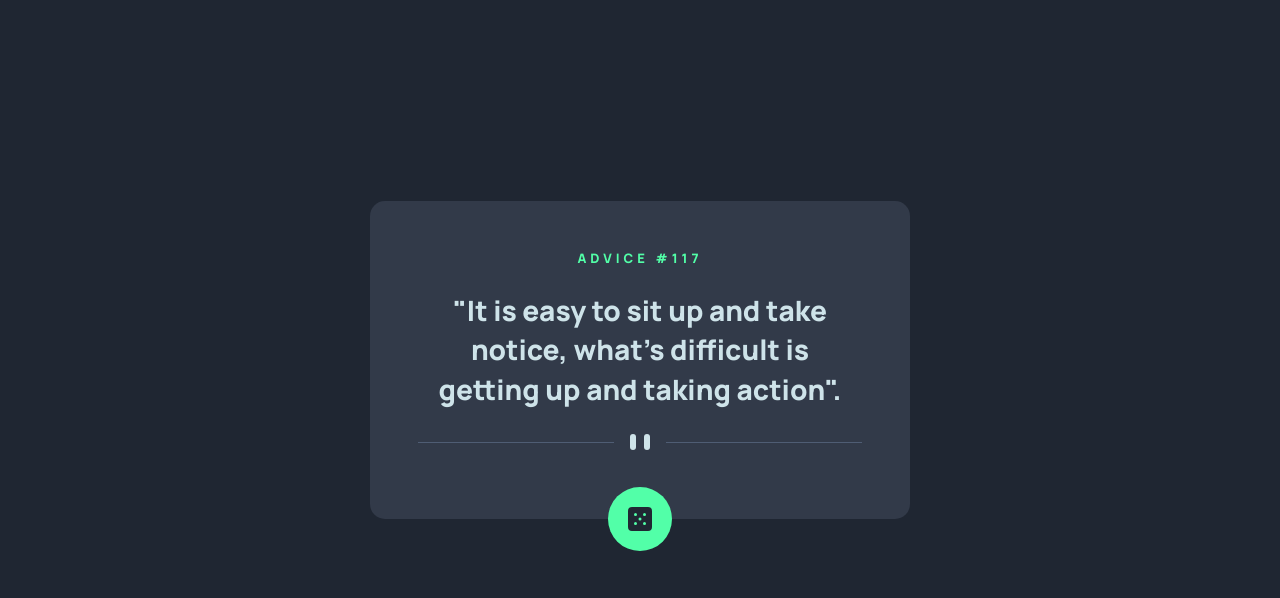
Repository: Daki-builds/advice-generator-app
Page: index.html
The author's editor kept a copy of each file at every save. The page is drawn from the files as they stood at one save, then again after the next save.
The browser window is 1280 px wide. The pictures show the whole page.

Above is the page before, as saved 2026-10-11 04:36:09.

### index.html
<!DOCTYPE html>
<html lang="en">

<head>
  <meta charset="UTF-8">
  <meta name="viewport" content="width=device-width, initial-scale=1.0">
  <link rel="icon" type="image/png" sizes="32x32" href="./images/favicon-32x32.png">
  <link rel="preconnect" href="https://fonts.googleapis.com">
  <link rel="preconnect" href="https://fonts.gstatic.com" crossorigin>
  <link href="https://fonts.googleapis.com/css2?family=Manrope:wght@800&display=swap" rel="stylesheet">
  <link rel="stylesheet" href="style.css">
  <title>Frontend Mentor | Advice generator app</title>

</head>

<body>
  <main class="container">
    <h1>Advice #<span id="advice-id">117</span></h1>
    <p id="adviceText">"It is easy to sit up and take notice, what's difficult is getting up and taking action".</p>
    <div class="img-divider">
      <img src="./images/pattern-divider-desktop.svg" alt="divider">
    </div>
    <button id="adviceBtn"><img src="./images/icon-dice.svg" alt="dice">
    </button>
  </main>
</body>

</html>

### style.css
* {
  margin: 0;
  padding: 0;
  box-sizing: border-box;
}

:root {
  --blue-200: hsl(193, 38%, 86%);
  --green-300: hsl(150, 100%, 66%);
  --blue-600: hsl(217, 19%, 38%);
  --blue-900: hsl(217, 19%, 24%);
  --blue-950: hsl(218, 23%, 16%);
  --green-300-hover: hsl(150, 100%, 80%);

  --font-family: "Manrope", sans-serif;
  --font-weight: 800;
  --font-size: 28px;
}

body {
  font-family: var(--font-family);
  font-weight: var(--font-weight);
  background-color: var(--blue-950);
  color: var(--blue-200);
  display: flex;
  justify-content: center;
  padding: 24px;
  align-items: center;
  min-height: 100vh;
}

.container {
  position: relative;
  background-color: var(--blue-900);
  display: flex;
  flex-direction: column;
  align-items: center;
  gap: 24px;
  padding: 40px 24px 56px;
  width: 100%;
  max-width: 540px;
  border-radius: 15px;
  text-align: center;
}

h1 {
  font-size: 13px;
  letter-spacing: 4px;
  text-transform: uppercase;
  color: var(--green-300);
}

p {
  font-size: var(--font-size);
  line-height: 1.4;
  width: 100%;
  color: var(--blue-200);
}

.img-divider img {
  width: 100%;
}

button {
  position: absolute;
  bottom: -32px;
  left: 50%;
  transform: translateX(-50%);
  display: flex;
  justify-content: center;
  align-items: center;
  width: 64px;
  height: 64px;
  border: none;
  border-radius: 50%;
  background-color: var(--green-300);
  cursor: pointer;
  transition: background-color 0.2s;
}

button:hover {
  background-color: var(--green-300-hover);
}

@media (min-width: 768px) {
  .container {
    padding: 48px 48px 64px;
  }
}

After the next save:
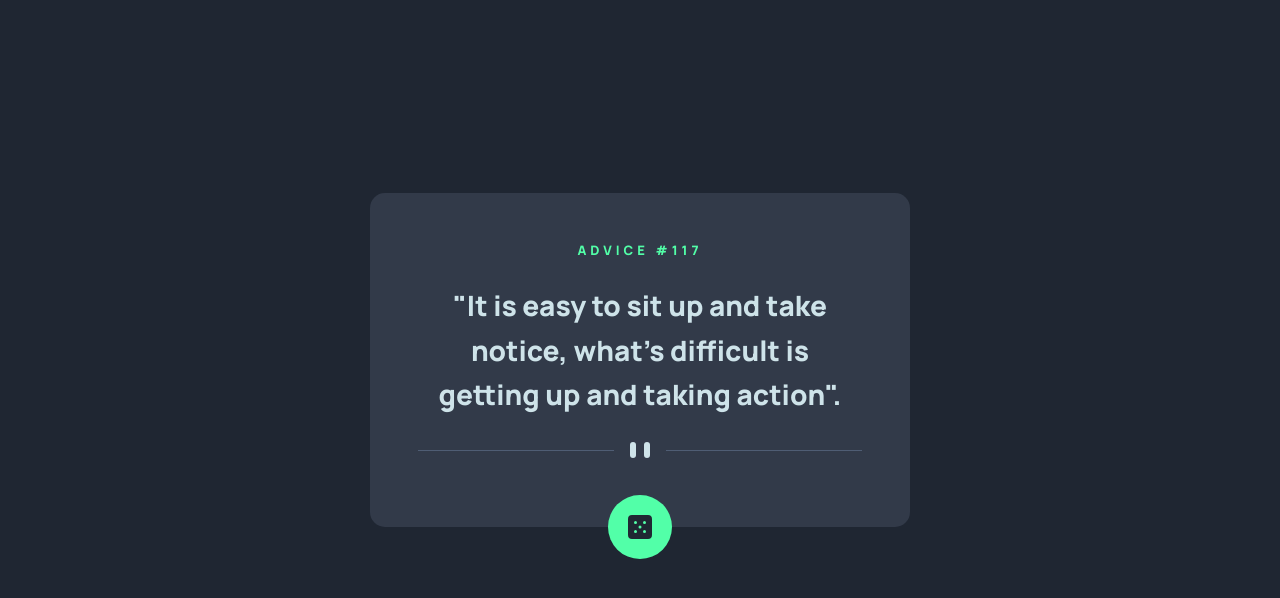
Saved 33 s later.
--- a/style.css
+++ b/style.css
@@ -52,7 +52,7 @@
 
 p {
   font-size: var(--font-size);
-  line-height: 1.4;
+  line-height: 1.6;
   width: 100%;
   color: var(--blue-200);
 }

After the save that followed:
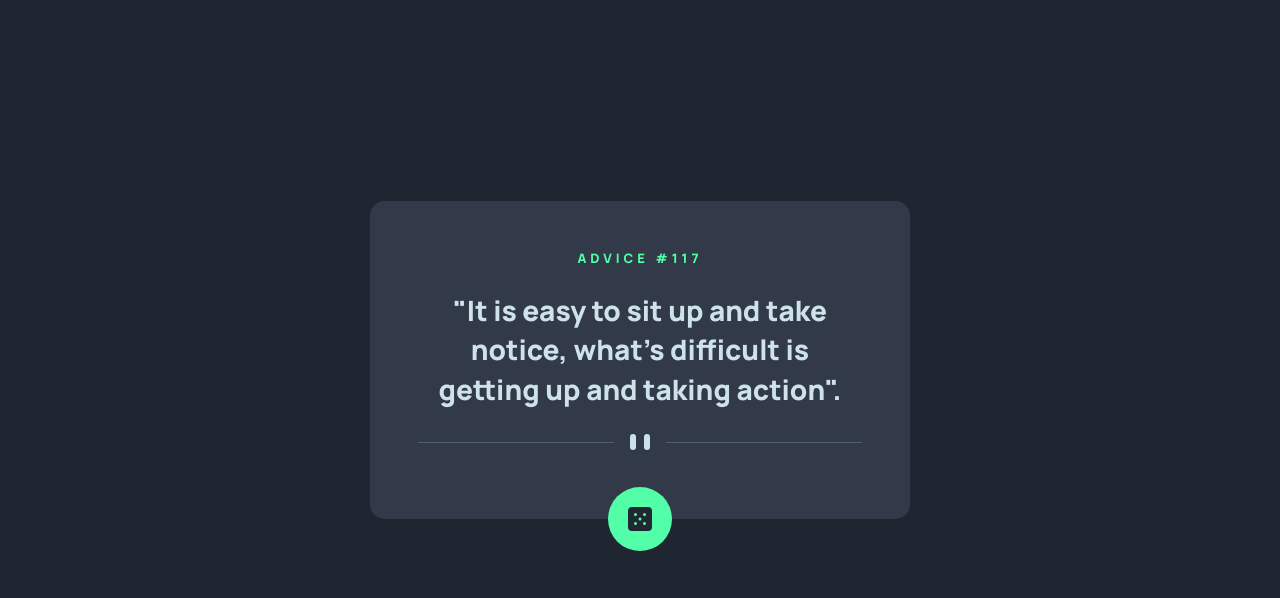
Saved 45 s later.
--- a/style.css
+++ b/style.css
@@ -52,8 +52,8 @@
 
 p {
   font-size: var(--font-size);
-  line-height: 1.6;
-  width: 100%;
+  line-height: 1.4;
+  width: 97%;
   color: var(--blue-200);
 }
 
